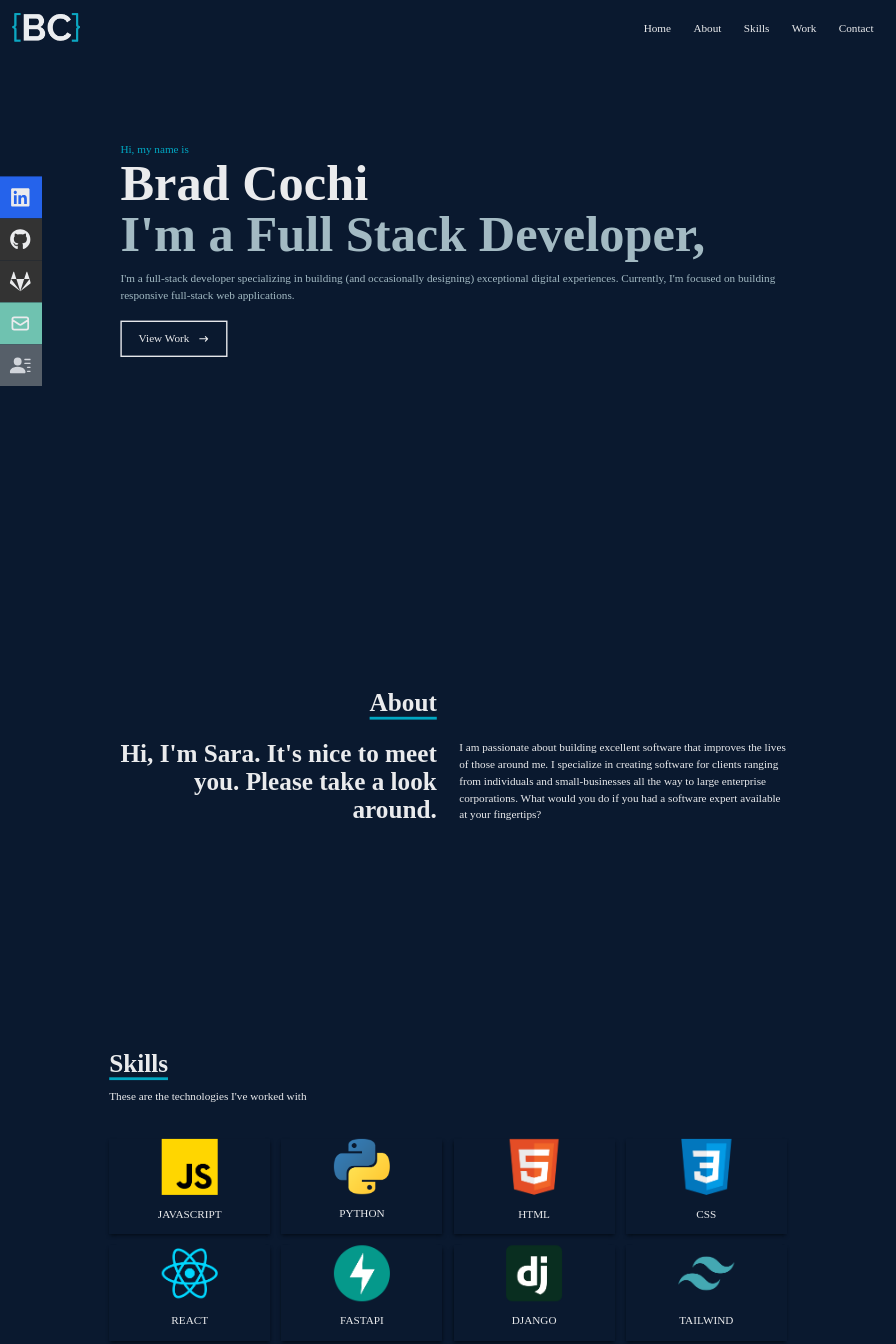
Repository: saramargulies/margulies-portfolio
Page: /
An editor plug-in stored every save of this project. The page is shown before and after a run of saves, followed by the edit.
The browser window is 1280 px wide. The pictures show the part of the page from y = 0 to 1920 px (the page is 3600 px tall), at 70% of full size.
The project was rebuilt for these pictures with package versions that can differ from the ones it lists, and the page was loaded fresh each time.

Above is the page before, as saved 2023-12-05 12:38:02.

### public/index.html
<!DOCTYPE html>
<html lang="en">
  <head>
    <meta charset="utf-8" />
    <link rel="icon" href="%PUBLIC_URL%/favicon.ico" />
    <meta name="viewport" content="width=device-width, initial-scale=1" />
    <meta name="theme-color" content="#000000" />
    <meta
      name="description"
      content="Web site created using create-react-app"
    />
    <link rel="apple-touch-icon" href="%PUBLIC_URL%/logobluemobile.png" />
    <!--
      manifest.json provides metadata used when your web app is installed on a
      user's mobile device or desktop. See https://developers.google.com/web/fundamentals/web-app-manifest/
    -->
    <link rel="manifest" href="%PUBLIC_URL%/manifest.json" />
    <!--
      Notice the use of %PUBLIC_URL% in the tags above.
      It will be replaced with the URL of the `public` folder during the build.
      Only files inside the `public` folder can be referenced from the HTML.

      Unlike "/favicon.ico" or "favicon.ico", "%PUBLIC_URL%/favicon.ico" will
      work correctly both with client-side routing and a non-root public URL.
      Learn how to configure a non-root public URL by running `npm run build`.
    -->
    <title>Brad Cochi</title>
  </head>
  <body>
    <noscript>You need to enable JavaScript to run this app.</noscript>
    <div id="root"></div>
    <!--
      This HTML file is a template.
      If you open it directly in the browser, you will see an empty page.

      You can add webfonts, meta tags, or analytics to this file.
      The build step will place the bundled scripts into the <body> tag.

      To begin the development, run `npm start` or `yarn start`.
      To create a production bundle, use `npm run build` or `yarn build`.
    -->
  </body>
</html>

### src/App.js
import Navbar from "./components/Navbar";
import Home from "./components/Home";
import About from "./components/About";
import Skills from "./components/Skills";
import Work from "./components/Work";
import Contact from "./components/Contact";
import React, { useEffect } from "react";

function App() {
  useEffect(() => {
    document.title = "Brad Cochi";
  }, []);

  return (
    <div>
      <Navbar />
      <Home />
      <About />
      <Skills />
      <Work />
      <Contact />
    </div>
  );
}

export default App;

### src/components/Navbar.jsx
import React, { useState } from "react";
import {
  FaBars,
  FaTimes,
  FaGithub,
  FaGitlab,
  FaLinkedin,
} from "react-icons/fa";
import { HiOutlineMail } from "react-icons/hi";
import { BsFillPersonLinesFill } from "react-icons/bs";
import Logo from "../assets/logo.png";
import { Link } from "react-scroll";

const Navbar = () => {
  const [nav, setNav] = useState(false);
  const handleClick = () => setNav(!nav);

  return (
    <div className="fixed w-full h-[80px] flex justify-between items-center px-4 bg-[#0a192f] text-[#eaebed]">
      <div>
        <img src={Logo} alt="Logo" style={{ width: "100px" }} />
      </div>

      {/* Menu */}
      <ul className="hidden md:flex">
        <li>
          <Link to="home" smooth={true} duration={500}>
            Home
          </Link>
        </li>
        <li>
          <Link to="about" smooth={true} duration={500}>
            About
          </Link>
        </li>
        <li>
          <Link to="skills" smooth={true} duration={500}>
            Skills
          </Link>
        </li>
        <li>
          <Link to="work" smooth={true} duration={500}>
            Work
          </Link>
        </li>
        <li>
          <Link to="contact" smooth={true} duration={500}>
            Contact
          </Link>
        </li>
      </ul>

      {/* Hamburger */}
      <div onClick={handleClick} className="md:hidden z-10">
        {!nav ? <FaBars /> : <FaTimes />}
      </div>

      {/* Mobile menu */}
      <ul
        className={
          !nav
            ? "hidden"
            : "absolute top-0 left-0 w-full h-screen bg-[#0a192f] flex flex-col justify-center items-center"
        }
      >
        <li className="py-4 text-3xl">
          <Link onClick={handleClick} to="home" smooth={true} duration={500}>
            Home
          </Link>
        </li>
        <li className="py-4 text-3xl">
          <Link onClick={handleClick} to="about" smooth={true} duration={500}>
            About
          </Link>
        </li>
        <li className="py-4 text-3xl">
          <Link onClick={handleClick} to="skills" smooth={true} duration={500}>
            Skills
          </Link>
        </li>
        <li className="py-4 text-3xl">
          <Link onClick={handleClick} to="work" smooth={true} duration={500}>
            Work
          </Link>
        </li>
        <li className="py-4 text-3xl">
          <a
            className="flex justify-between items-center w-full text-gray-300"
            href="https://www.linkedin.com/in/brad-cochi/"
            target="_blank"
            rel="noopener noreferrer"
          >
            LinkedIn
          </a>
        </li>
        <li className="py-4 text-3xl">
          <a
            className="flex justify-between items-center w-full text-gray-300"
            href="https://docs.google.com/document/d/1NIh6wLXZUbtdGNBN_J33L0a28H9_5nH7budXHrZ2_Uo/edit"
            target="_blank"
            rel="noopener noreferrer"
          >
            Resume
          </a>
        </li>
        <li className="py-4 text-3xl">
          <a
            className="flex justify-between items-center w-full text-gray-300"
            href="https://github.com/bradcochi"
            target="_blank"
            rel="noopener noreferrer"
          >
            GitHub
          </a>
        </li>
        <li className="py-4 text-3xl">
          <a
            className="flex justify-between items-center w-full text-gray-300"
            href="https://gitlab.com/bradcochi"
            target="_blank"
            rel="noopener noreferrer"
          >
            GitLab
          </a>
        </li>
        <li className="py-4 text-3xl">
          <Link onClick={handleClick} to="contact" smooth={true} duration={500}>
            Contact
          </Link>
        </li>
      </ul>

      {/* Social icons */}
      <div className="hidden lg:flex fixed flex-col top-[35%] left-0">
        <ul>
          <li className="w-[160px] h-[60px] flex justify-between items-center ml-[-100px] hover:ml-[-10px] duration-300 bg-blue-600">
            <a
              className="flex justify-between items-center w-full text-[#eaebed]"
              href="https://www.linkedin.com/in/brad-cochi/"
              target="_blank"
              rel="noopener noreferrer"
            >
              LinkedIn <FaLinkedin size={30} />
            </a>
          </li>
          <li className="w-[160px] h-[60px] flex justify-between items-center ml-[-100px] hover:ml-[-10px] duration-300 bg-[#333333]">
            <a
              className="flex justify-between items-center w-full text-[#eaebed]"
              href="https://github.com/bradcochi"
              target="_blank"
              rel="noopener noreferrer"
            >
              GitHub <FaGithub size={30} />
            </a>
          </li>
          <li className="w-[160px] h-[60px] flex justify-between items-center ml-[-100px] hover:ml-[-10px] duration-300 bg-[#333333]">
            <a
              className="flex justify-between items-center w-full text-[#eaebed]"
              href="https://gitlab.com/bradcochi"
              target="_blank"
              rel="noopener noreferrer"
            >
              GitLab <FaGitlab size={30} />
            </a>
          </li>
          <li className="w-[160px] h-[60px] flex justify-between items-center ml-[-100px] hover:ml-[-10px] duration-300 bg-[#6fc2b0]">
            <Link
              to="contact"
              smooth={true}
              duration={500}
              className="flex justify-between items-center w-full text-[#eaebed]"
            >
              Email <HiOutlineMail size={30} />
            </Link>
          </li>
          <li className="w-[160px] h-[60px] flex justify-between items-center ml-[-100px] hover:ml-[-10px] duration-300 bg-[#565f69]">
            <a
              className="flex justify-between items-center w-full text-gray-300"
              href="https://docs.google.com/document/d/1NIh6wLXZUbtdGNBN_J33L0a28H9_5nH7budXHrZ2_Uo/edit"
              target="_blank"
              rel="noopener noreferrer"
            >
              Resume <BsFillPersonLinesFill size={30} />
            </a>
          </li>
          {/* need to add GitLab */}
        </ul>
      </div>
    </div>
  );
};

export default Navbar;

### src/components/Home.jsx
import React from "react";
import { HiArrowNarrowRight } from "react-icons/hi";
import { Link } from "react-scroll";

const Home = () => {
  return (
    <div name="home" className="w-full h-screen bg-[#0a192f]">
      {/* Container */}
      <div className="max-w-[1000px] mx-auto px-8 flex flex-col justify-center h-full">
        <p className="text-[#01a7c2]">Hi, my name is</p>
        <h1 className="text-4xl sm:text-7xl font-bold text-[#eaebed]">
          Brad Cochi
        </h1>
        <h2 className="text-4xl sm:text-7xl font-bold text-[#a3bac3]">
          I'm a Full Stack Developer,
        </h2>
        {/* Update the description in <p> tag to something personal */}
        <p className="text-[#a3bac3] py-4 max-w-700px">
          I'm a full-stack developer specializing in building (and occasionally
          designing) exceptional digital experiences. Currently, I'm focused on
          building responsive full-stack web applications.
        </p>
        <div>
          <Link to="work" smooth={true} duration={500}>
            <button className="text-[#eaebed] group border-2 px-6 py-3 my-2 flex items-center hover:bg-[#01a7c2] hover:border-[#01a7c2]">
              View Work
              <span className="group-hover:rotate-90 duration-300">
                <HiArrowNarrowRight className="ml-3" />
              </span>
            </button>
          </Link>
        </div>
      </div>
    </div>
  );
};

export default Home;

### src/components/About.jsx
import React from "react";

const About = () => {
  return (
    <div name="about" className="w-full h-screen bg-[#0a192f] text-[#eaebed]">
      <div className="flex flex-col justify-center items-center w-full h-full">
        <div className="max-w-[1000px] w-full grid grid-cols-2 gap-8">
          <div className="sm:text-right pb-8 pl-4">
            <p className="text-4xl font-bold inline border-b-4 border-[#01a7c2]">
              About
            </p>
          </div>
          <div></div>
        </div>
        <div className="max-w-[1000px] w-full grid sm:grid-cols-2 gap-8 px-4">
          <div className="sm:text-right text-4xl font-bold">
            <p>
              Hi, I'm Sara. It's nice to meet you. Please take a look around.
            </p>
          </div>
          <div>
            <p>
              I am passionate about building excellent software that improves
              the lives of those around me. I specialize in creating software
              for clients ranging from individuals and small-businesses all the
              way to large enterprise corporations. What would you do if you had
              a software expert available at your fingertips?
            </p>
          </div>
        </div>
      </div>
    </div>
  );
};

export default About;

### src/components/Skills.jsx
import React from "react";
import HTML from "../assets/html.png";
import CSS from "../assets/css.png";
import JavaScript from "../assets/javascript.png";
import Python from "../assets/python.png";
import ReactImg from "../assets/react.png";
import Django from "../assets/django.png";
import FastAPI from "../assets/fastapi.png";
import Tailwind from "../assets/tailwind.png";
import Bootstrap from "../assets/bootstrap.png";
import Mongo from "../assets/mongo.png";
import PostgreSQL from "../assets/postgresql.png";
import Docker from "../assets/docker.png";

const Skills = () => {
  return (
    <div
      name="skills"
      className="w-full min-h-screen flex items-center bg-[#0a192f] text-[#eaebed]"
    >
      {/* container */}
      <div className="max-w-[1000px] mx-auto p-4 flex flex-col justify-center w-full h-full">
        <div>
          <p className="text-4xl font-bold inline border-b-4 border-[#01a7c2]">
            Skills
          </p>
          <p className="py-4">These are the technologies I've worked with</p>
        </div>
        <div className="w-full grid grid-cols-2 sm:grid-cols-4 gap-4 text-center py-8">
          <div className="shadow-md shadow-[#040c16] hover:scale-110 duration-500">
            <img
              className="w-20 mx-auto"
              src={JavaScript}
              alt="JavaScript icon"
            />
            <p className="my-4">JAVASCRIPT</p>
          </div>
          <div className="shadow-md shadow-[#040c16] hover:scale-110 duration-500">
            <img className="w-20 mx-auto" src={Python} alt="Python icon" />
            <p className="my-4">PYTHON</p>
          </div>
          <div className="shadow-md shadow-[#040c16] hover:scale-110 duration-500">
            <img className="w-20 mx-auto" src={HTML} alt="HTML icon" />
            <p className="my-4">HTML</p>
          </div>
          <div className="shadow-md shadow-[#040c16] hover:scale-110 duration-500">
            <img className="w-20 mx-auto" src={CSS} alt="CSS icon" />
            <p className="my-4">CSS</p>
          </div>

          <div className="shadow-md shadow-[#040c16] hover:scale-110 duration-500">
            <img className="w-20 mx-auto" src={ReactImg} alt="React icon" />
            <p className="my-4">REACT</p>
          </div>
          <div className="shadow-md shadow-[#040c16] hover:scale-110 duration-500">
            <img className="w-20 mx-auto" src={FastAPI} alt="FastAPI icon" />
            <p className="my-4">FASTAPI</p>
          </div>
          <div className="shadow-md shadow-[#040c16] hover:scale-110 duration-500">
            <img className="w-20 mx-auto" src={Django} alt="Django icon" />
            <p className="my-4">DJANGO</p>
          </div>
          <div className="shadow-md shadow-[#040c16] hover:scale-110 duration-500">
            <img className="w-20 mx-auto" src={Tailwind} alt="Tailwind icon" />
            <p className="my-4">TAILWIND</p>
          </div>
          <div className="shadow-md shadow-[#040c16] hover:scale-110 duration-500">
            <img
              className="w-20 mx-auto"
              src={Bootstrap}
              alt="Bootstrap icon"
            />
            <p className="my-4">BOOTSTRAP</p>
          </div>
          <div className="shadow-md shadow-[#040c16] hover:scale-110 duration-500">
            <img className="w-20 mx-auto" src={Mongo} alt="Mongo DB icon" />
            <p className="my-4">MONGO DB</p>
          </div>
          <div className="shadow-md shadow-[#040c16] hover:scale-110 duration-500">
            <img
              className="w-20 mx-auto"
              src={PostgreSQL}
              alt="PostgreSQL icon"
            />
            <p className="my-4">POSTGRESQL</p>
          </div>
          <div className="shadow-md shadow-[#040c16] hover:scale-110 duration-500">
            <img className="w-20 mx-auto" src={Docker} alt="Docker icon" />
            <p className="my-4">DOCKER</p>
          </div>
        </div>
      </div>
    </div>
  );
};

export default Skills;

### src/components/Work.jsx
import React from "react";
import NPDBImg from "../assets/projects/NPDBImg.png";

const Work = () => {
  return (
    <div
      name="work"
      className="w-full md:min-h-screen flex items-center text-[#eaebed] bg-[#0a192f]"
    >
      <div className="max-w-[1000px] mx-auto p-4 flex flex-col justify-center w-full h-full">
        <div className="pb-8">
          <p className="text-4xl font-bold online border-b-4 text-[#eaebed] border-[#01a7c2]">
            Work
          </p>
          <p className="py-6">Check out some of my recent work</p>
        </div>

        {/* Container */}
        <div className="grid sm:grid-cols-2 md:grid-cols-3 gap-4">
          {/* Grid Item */}
          <div
            style={{ backgroundImage: `url(${NPDBImg})` }}
            className="shadow-lg shadow-[#040c16] group container rounded-md flex justify-center items-center mx-auto content-div"
          >
            {/* Hover Effects */}
            <div className="opacity-0 group-hover:opacity-100">
              <span className="text-2xl font-bold text-[#eaebed] track-wider">
                React JS Application
              </span>
              <div className="pt-8 text-center">
                <a
                  href="https://saramargs.gitlab.io/npdt/"
                  target="_blank"
                  rel="noopener noreferrer"
                >
                  <button className="text-center rounded-lg px-4 py-3 m-2 bg-[#eaebed] text-gray-700 font-bold text-lg">
                    Demo
                  </button>
                </a>
                <a
                  href="https://gitlab.com/saramargs/npdt"
                  target="_blank"
                  rel="noopener noreferrer"
                >
                  <button className="text-center rounded-lg px-4 py-3 m-2 bg-[#eaebed] text-gray-700 font-bold text-lg">
                    Code
                  </button>
                </a>
              </div>
            </div>
          </div>
        </div>
      </div>
    </div>
  );
};

export default Work;

### src/components/Contact.jsx
import React from "react";

const Contact = () => {
  return (
    <div
      name="contact"
      className="w-full min-h-screen bg-[#0a192f] flex justify-center items-center"
    >
      <form
        method="POST"
        action="https://getform.io/f/15822fa6-c7ff-455a-a9fe-c3d2c82dc92a"
        className="flex flex-col max-w-[600px] w-full p-4"
      >
        <div className="pb-8">
          <p className="text-4xl font-bold inline border-b-4 border-[#01a7c2] text-[#eaebed]">
            Contact
          </p>
          <p className="text-[#eaebed] py-4">
            Submit the form below or shoot me an email at bradcochi@gmail.com
          </p>
        </div>
        <input
          className="p-2 bg-[#ccd6f6]"
          type="text"
          placeholder="Name"
          name="name"
        />
        <input
          className="my-4 p-2 bg-[#ccd6f6]"
          type="email"
          placeholder="Email"
          name="email"
        />
        <textarea
          className="p-2 bg-[#ccd6f6]"
          name="message"
          rows="10"
          placeholder="Message"
        />
        <button className="text-[#eaebed] border-2 px-4 py-3 my-8 mx-auto flex items-center hover:bg-[#01a7c2] hover:border-[#01a7c2]">
          Let's Collaborate
        </button>
      </form>
    </div>
  );
};

export default Contact;

Loaded but not shown: src/index.js (common file); src/index.css (common file); tailwind.config.js (common file)

After the next 2 saves:
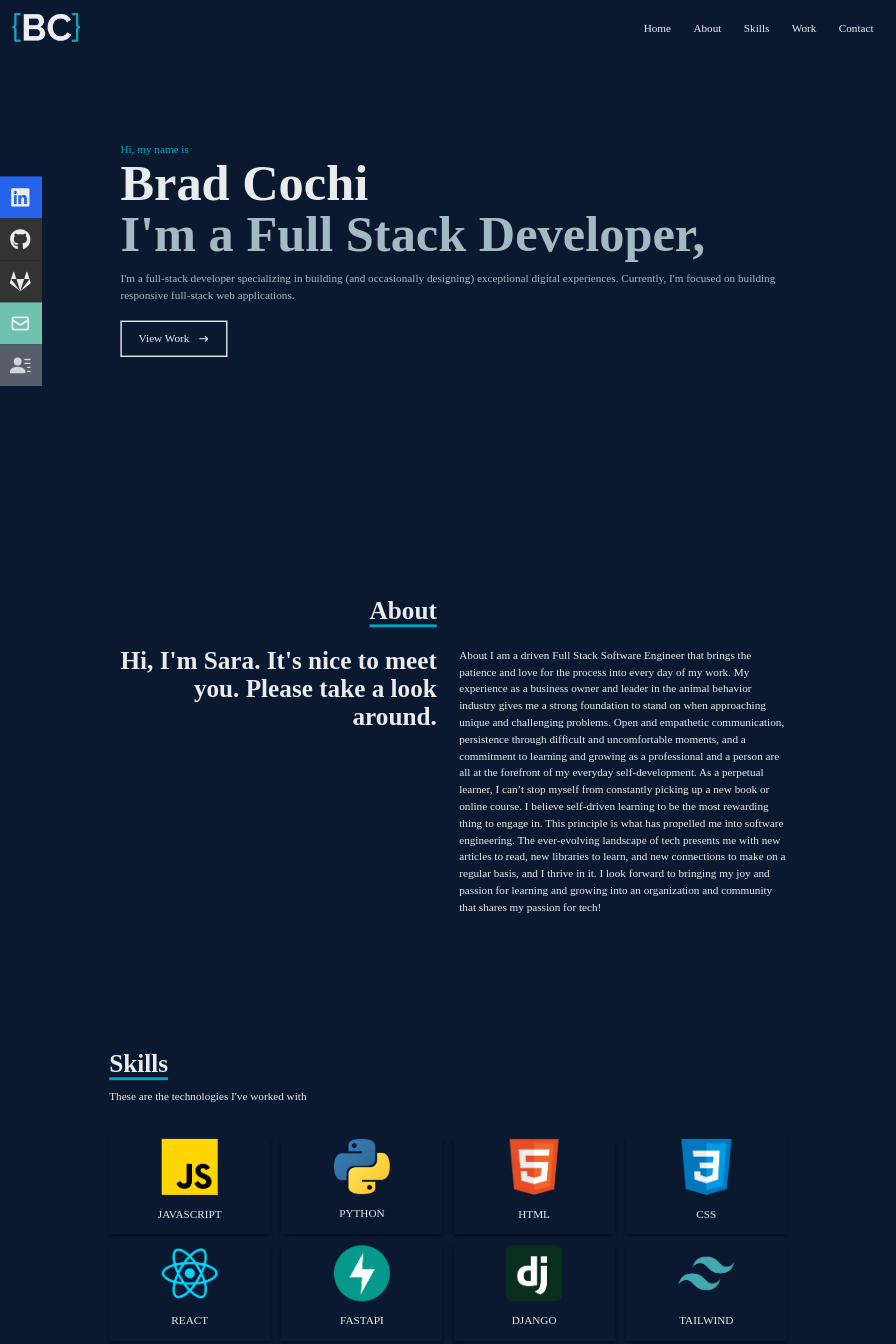
The 2 saves are shown as one change because they came seconds apart.
The last was saved 39 s later.
--- a/src/components/About.jsx
+++ b/src/components/About.jsx
@@ -20,11 +20,23 @@ const About = () => {
           </div>
           <div>
             <p>
-              I am passionate about building excellent software that improves
-              the lives of those around me. I specialize in creating software
-              for clients ranging from individuals and small-businesses all the
-              way to large enterprise corporations. What would you do if you had
-              a software expert available at your fingertips?
+              About I am a driven Full Stack Software Engineer that brings the
+              patience and love for the process into every day of my work. My
+              experience as a business owner and leader in the animal behavior
+              industry gives me a strong foundation to stand on when approaching
+              unique and challenging problems. Open and empathetic
+              communication, persistence through difficult and uncomfortable
+              moments, and a commitment to learning and growing as a
+              professional and a person are all at the forefront of my everyday
+              self-development. As a perpetual learner, I can’t stop myself from
+              constantly picking up a new book or online course. I believe
+              self-driven learning to be the most rewarding thing to engage in.
+              This principle is what has propelled me into software engineering.
+              The ever-evolving landscape of tech presents me with new articles
+              to read, new libraries to learn, and new connections to make on a
+              regular basis, and I thrive in it. I look forward to bringing my
+              joy and passion for learning and growing into an organization and
+              community that shares my passion for tech!
             </p>
           </div>
         </div>
